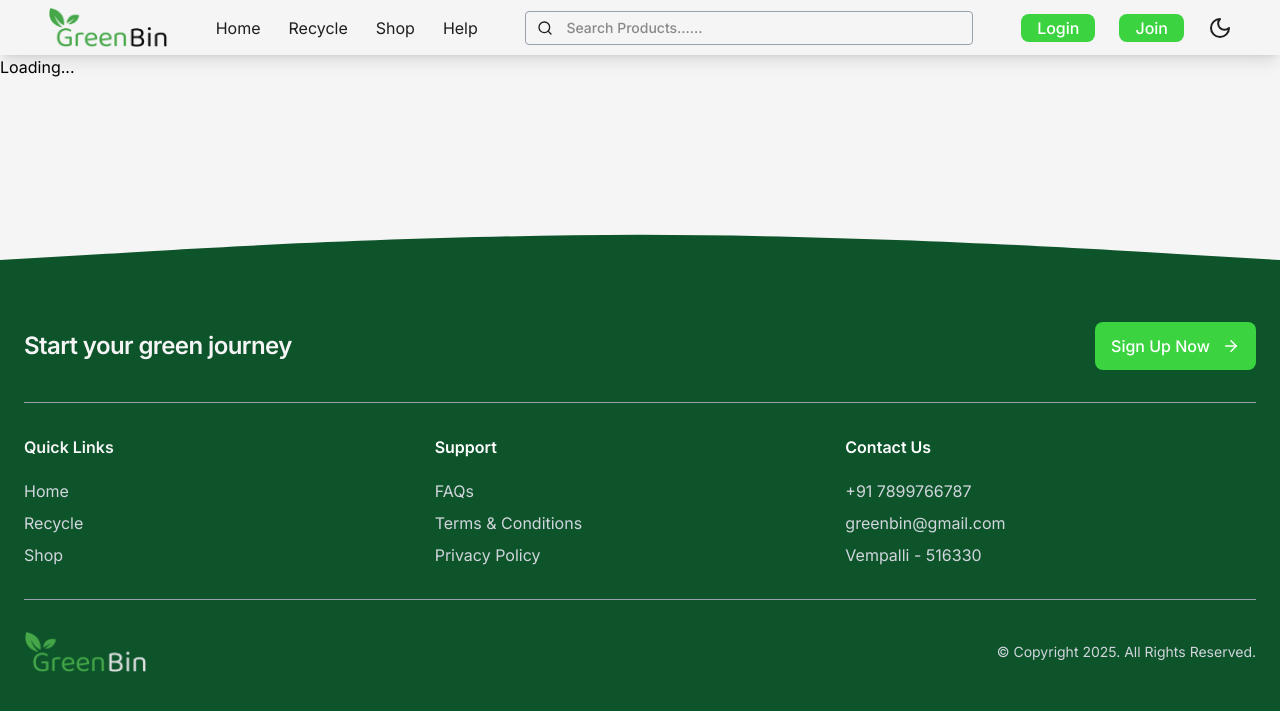
Repository: Siddhu123456/Plastic-Waste-Management
Page: /product/1 (app in frontend/)
These files come from the project's save history. The page is drawn as it stood at one moment and after the next save; the edit follows.
The browser window is 1280 px wide. The pictures show the whole page.
The page's requests for data from a server got no answer. The project was rebuilt for these pictures with package versions that can differ from the ones it lists, and the page was loaded fresh each time. No one was signed in, and anything a server would have sent is missing. Also part of the build but not shown: frontend/vite.config.js, frontend/src/components/ProductCard.jsx, frontend/src/components/TrendingProductsCarousel.jsx, frontend/src/pages/Home.jsx, frontend/src/components/FilterBar.jsx, frontend/src/pages/customer/Shop.jsx, frontend/src/pages/customer/Recycle.jsx, frontend/src/components/CartItemCard.jsx and 12 more. Imported but missing from the stored project, and not drawn on this page: frontend/src/pages/Help, frontend/src/pages/customer/WishList.

Above is the page before, as saved 2025-04-28 17:52:17.

### frontend/src/index.css
@import url('https://fonts.googleapis.com/css2?family=Fugaz+One&family=Montserrat:ital@0;1&display=swap');
@import url('https://fonts.googleapis.com/css2?family=Inter:ital,opsz,wght@0,14..32,100..900;1,14..32,100..900&display=swap');
@import "tailwindcss";


@custom-variant dark (&:where(.dark, .dark *));


@theme{
  --color-ow : #f5f5f5;
  --color-dbg : #000803;
  --color-dsc : #1e221f;
  --color-dtc : #313532;
  --color-lgg : #3bd440;
  --color-tc : #1e1e1e;
  --color-lgd : #2aa12e;
  --color-bl: #1D2A35;
  --color-lg-trans : rgba(69, 167, 72, 0.3);
}

@layer components {
  .pri-btn {
    @apply text-white cursor-pointer text-center rounded-lg bg-lgg hover:bg-lgd transition duration-300
  }
  .white-btn {
    @apply text-lgg cursor-pointer text-center rounded-2xl bg-ow transition duration-300
  }
  .trans-btn{
    @apply border text-center rounded-2xl cursor-pointer border-lgg text-lgg hover:bg-lgg hover:text-white transition
  }

  .white-trans-btn{
    @apply border text-center rounded-2xl cursor-pointer border-white text-white transition duration-300
  }
}

@layer utilities{
  .no-scrollbar::-webkit-scrollbar {
    display: none;
}
.no-scrollbar {
    -ms-overflow-style: none;
    scrollbar-width: none;
}
}

:root{
  font-family: "Inter", sans-serif;
  background-color: #f5f5f5;
  box-sizing: border-box;
  overflow-x: hidden;
}


input[type='range'] {
  pointer-events: all;
  height: 0;
}

input[type='range']::-webkit-slider-thumb {
  appearance: none;
  height: 16px;
  width: 16px;
  background: #22c55e;
  border-radius: 9999px;
  cursor: pointer;
  border: none;
}

input[type='range']::-moz-range-thumb {
  height: 16px;
  width: 16px;
  background: #22c55e;
  border-radius: 9999px;
  cursor: pointer;
  border: none;
}

### frontend/src/App.jsx
import AppRoutes from './routes/AppRoutes.jsx'


const App = () => (
    <AppRoutes />
)

export default App;

### frontend/src/routes/AppRoutes.jsx
import {BrowserRouter as Router, Routes, Route} from 'react-router-dom'

import Home from '../pages/Home'
import Help from '../pages/Help'
import Shop from '../pages/customer/Shop'
import Recycle from '../pages/customer/Recycle'
import Cart from '../pages/customer/Cart'
import WishList from '../pages/customer/WishList'
import ProductOverview from '../pages/customer/ProductOverview'
import ScrollToTop from './ScrollToTop'
import Layout from '../components/Layout'
import Wallet from '../pages/customer/Wallet'
import OrderHistory from '../pages/customer/OrderHistory'
import OrderSummary from '../pages/customer/OrderSummary'
import PickupHistory from '../pages/customer/PickupHistory'
import CustomerProfile from '../pages/customer/CustomerProfile'

const AppRoutes = () => {
  return (
    <Router>
      <Layout>
      <ScrollToTop />
        <Routes>
            <Route path='/' element={<Home />} />
            <Route path='/recycle' element={<Recycle />} />
            <Route path='/shop' element={<Shop />} />
            <Route path='/help' element={<Help />} />
            <Route path='/cart' element={<Cart />} />
            <Route path='/favorites' element={<WishList />} />
            <Route path='/wallet' element={<Wallet />} />
            <Route path='/product/:id' element={<ProductOverview />} />
            <Route path='/orders' element={<OrderHistory />} />
            <Route path='/orders/:id' element={<OrderSummary />} />
            <Route path='/pickups' element={<PickupHistory />} />
            <Route path='/cprofile' element={<CustomerProfile />} />
        </Routes>
        </Layout>
    </Router>
  )
}

export default AppRoutes

### frontend/src/pages/customer/ProductOverview.jsx
import React, { useState, useEffect } from "react";
import { FaRegStar, FaStar, FaStarHalfStroke } from "react-icons/fa6";
import { LuHeart } from "react-icons/lu";
import TrendingProductsCarousel from "../../components/TrendingProductsCarousel";
import Modal from "../../components/Modal";
import { PiCoinVerticalDuotone } from "react-icons/pi";
import { useParams } from "react-router-dom";
import products from "../../data/products"
import axios from "axios";

const ProductOverview = () => {
  const { id } = useParams();
  const [product, setProduct] = useState(null);
  const [liked, setLiked] = useState(false);
  const [openImage, setOpenImage] = useState(false);
  const [mainImage, setMainImage] = useState("");

  useEffect(() => {
    const fetchProduct = async () => {
      try {
        console.log(111)
        const response = await axios.get(`http://localhost:8080/api/product/${id}`);
        const fetchedProduct = response.data;
        console.log(response.data)
        setProduct(fetchedProduct);
        if (fetchedProduct.images && fetchedProduct.images.length > 0) {
          setMainImage(fetchedProduct.images[0].imageUrl);
        }
      } catch (error) {
        console.error("Error fetching product:", error);
      }
    };

    fetchProduct();
  }, [id]);

  if (!product) {
    return <div>Loading...</div>;
  }

  return (
    <>
      <section className="md:max-w-4xl lg:max-w-5xl mx-auto p-4 w-full">
        {/* Product Card */}
        <div className="bg-ow dark:bg-dsc p-0 sm:p-4">

          <div className="grid grid-cols-1 md:grid-cols-2 gap-8">
            {/* Image */}
            <div className="flex flex-col lg:flex-row gap-4 max-w-lg m-auto">
              <div className="lg:order-2">
              {mainImage && (
  <img
    src={mainImage}
    alt={product.name}
    onClick={() => setOpenImage(true)}
    className="w-full h-80 object-cover rounded-xl cursor-pointer"
  />
)}


<Modal open={openImage} onClose={() => setOpenImage(false)}>
  {mainImage && (
    <img
      src={mainImage}
      alt={product.name}
      className="w-full h-80 object-cover rounded-xl"
    />
  )}
</Modal>


              </div>

              <div className="flex lg:flex-col justify-center gap-4 lg:order-1">
                {product.images.map((img, idx) => (
                  <div key={idx} className="w-16 h-16 ">
                    <img
                      src={img.imageUrl}
                      alt={`thumb-${idx}`}
                      className={`w-full h-full object-cover rounded-md cursor-pointer ${
                        img.imageUrl === mainImage ? "ring-2 ring-lgg" : ""
                      }`}
                      onClick={() => setMainImage(img.imageUrl)}
                    />
                  </div>
                ))}
              </div>
            </div>

            {/* Details */}
            <div className="space-y-4 flex flex-col justify-between">
              <h2 className="text-2xl font-semibold text-tc dark:text-ow">{product.pName}</h2>
              <p className="text-sm text-gray-500 dark:text-gray-400">{product.category}</p>
              <p className="text-gray-700 dark:text-gray-300">{product.description}</p>

              {/* Price */}
              <div className="flex items-center gap-3">
                <span className="text-xl font-bold flex items-center text-lgg">
                  <PiCoinVerticalDuotone />{product.price}
                </span>
              </div>

              {/* Rating */}
              <div className="flex items-center">
                  <div className="flex text-lgg">
                  {[...Array(5)].map((_, i) => {
                              const diff = product.rating - i;

                              if (diff >= 1) {
                              return <FaStar key={i} />;
                              } else if (diff >= 0.5) {
                              return <FaStarHalfStroke key={i} />;
                              } else {
                              return <FaRegStar key={i} />;
                              }
                          })}
                  </div>

                <span className="ml-2 flex items-center gap-2 text-sm">
                  <div className="text-gray-700 dark:text-gray-300">{product.rating}</div>
                  <div className="text-gray-500 dark:text-gray-400">({product.ratedCount})</div>
                </span>
              </div>

              {/* Stock */}
              <p className="text-sm text-gray-600 dark:text-gray-400">
                Stock:{" "}
                <span
                  className={
                    product.stock > 0 ? "text-lgg" : "text-red-600 dark:text-red-400"
                  }
                >
                  {product.stock > 0
                    ? `${product.stock} available`
                    : "Out of stock"}
                </span>
              </p>

              {/* Button */}
              <div className="flex gap-4 items-center">
              <button
                  disabled={product.stock === 0}
                  className={`w-full py-2 px-4 font-semibold ${
                      product.stock === 0
                      ? "bg-gray-400 cursor-not-allowed rounded-lg"
                      : "pri-btn"
                  }`}
                  >
                  Add to Cart
                  </button>

              <button
                  onClick={() => setLiked(!liked)}
                  className={`px-4 py-2 rounded-lg text-lgg border-lgg border-1 transition cursor-pointer hover:bg-green-100 dark:hover:bg-green-900`}
                  title={`${liked ? "Remove from wishlist":"Add to wishlist"}`}
                  >
                  <LuHeart className={`${liked ? "fill-green-500" : "fill-ow dark:fill-dsc"} text-xl`} />
              </button>
              </div>

            </div>
          </div>
        </div>

{/* Features Section Outside Card */}
<div className="mt-6 bg-neutral-200 dark:bg-dtc p-4 rounded-lg">
  <h3 className="text-xl font-semibold mb-2 text-tc dark:text-ow">Product Features</h3>
  <ul className="grid grid-cols-1 sm:grid-cols-2 md:grid-cols-3 gap-y-2 text-gray-700 dark:text-gray-300">
    {product.features.map((feature) => (
      <li key={feature.fId}>
        <span className="font-semibold capitalize">{feature.featureName}:</span> {feature.featureValue}
      </li>
    ))}
  </ul>
</div>

      </section>


      {/* Similar Products */}
      <section className="mt-8 py-4 px-1 sm:px-4 xl:px-6 w-full bg-ow dark:bg-dsc">

          <div className="flex justify-between items-center mb-4 px-4 sm:mb-8">
            <h2 className="text-2xl font-semibold text-tc dark:text-ow">Similar <span className='text-lgg'>Products</span></h2>
          </div>
          <TrendingProductsCarousel products={products} />
      </section>
    </>
  );
};

export default ProductOverview;

### frontend/src/routes/ScrollToTop.jsx
import { useEffect } from "react";
import { useLocation } from "react-router-dom";

const ScrollToTop = () => {
    const {pathname} = useLocation()
    useEffect(() => {
        window.scrollTo(0,0)
    },[pathname])

    return null
}

export default ScrollToTop;

### frontend/src/components/Layout.jsx
// Layout.jsx
import React from "react"
import Footer from "./Footer";
import Navbar from "./Navbar"

const Layout = ({ children }) => {
  return (
    <div className="min-h-screen flex flex-col bg-ow dark:bg-dsc">
      <Navbar />

      <main className="flex-1">
        {children}
      </main>

      <Footer />
    </div>
  );
};

export default Layout;

### frontend/src/components/Footer.jsx
import React, { useState } from 'react'
import LogoGBW from '../assets/images/logoGBW.png'
import { Link } from 'react-router-dom'
import { LuArrowRight } from 'react-icons/lu'
import AuthModal from '../pages/auth/AuthModal'

const Footer = () => {
    const [isLogged, setIsLogged] = useState(false)
    const [authOpen, setAuthOpen] = useState(false)
    const [loginOpen, setLoginOpen] = useState(false)


  return (
    <footer className="bg-green-900 relative mt-16 bottom-0">
        <svg
            className="absolute top-0 w-full h-6 -mt-5 sm:-mt-10 sm:h-16 text-deep-purple-accent-400"
            preserveAspectRatio="none"
            viewBox="0 0 1440 54"
        >
            <path
            fill="#0d542b"
            d="M0 22L120 16.7C240 11 480 1.00001 720 0.700012C960 1.00001 1200 11 1320 16.7L1440 22V54H1320C1200 54 960 54 720 54C480 54 240 54 120 54H0V22Z"
            />
        </svg>

        <div className="container px-6 py-12 mx-auto">
            {!isLogged &&
                <>
                <div className="md:flex md:-mx-3 md:items-center md:justify-between">
                    <h1 className="text-xl font-semibold tracking-tight md:mx-3 xl:text-2xl text-ow">Start your green journey</h1>
                        <div className="mt-6 md:mx-3 shrink-0 md:mt-0 md:w-auto">
                            <button
                                className="inline-flex items-center justify-center font-medium w-full px-4 py-3  gap-x-3 pri-btn"
                                onClick={
                                    () => {
                                        setLoginOpen(false)
                                        setAuthOpen(true)
                                    }}
                            >
                                <span>Sign Up Now</span>
                                <LuArrowRight className='text-lg'/>
                            </button>
                        </div>
                </div>
                <hr className="my-6 border-gray-400 md:my-8"/>
                </>
            }

            <div className="grid grid-cols-2 gap-x-0 gap-y-6 sm:grid-cols-3">
                <div>
                    <p className="font-semibold text-ow">Quick Links</p>

                    <div className="flex flex-col items-start mt-5 space-y-2">
                        <Link to="/" className=" transition-colors duration-300 text-gray-300 hover:text-lgg">Home</Link>
                        <Link to="/recycle" className=" transition-colors duration-300 text-gray-300 hover:text-lgg">Recycle</Link>
                        <Link to="#" className=" transition-colors duration-300 text-gray-300 hover:text-lgg">Shop</Link>
                    </div>
                </div>

                <div>
                    <p className="font-semibold  text-white">Support</p>

                    <div className="flex flex-col items-start mt-5 space-y-2">
                        <Link to="#" className=" transition-colors duration-300 text-gray-300 hover:text-lgg">FAQs</Link>
                        <Link to="#" className=" transition-colors duration-300 text-gray-300 hover:text-lgg">Terms & Conditions</Link>
                        <Link to="#" className=" transition-colors duration-300 text-gray-300 hover:text-lgg">Privacy Policy</Link>
                    </div>
                </div>

                <div>
                    <p className="font-semibold  text-white">Contact Us</p>

                    <div className="flex flex-col items-start mt-5 space-y-2">
                        <Link to="#" className=" transition-colors duration-300 text-gray-300 hover:text-lgg">+91 7899766787</Link>
                        <Link to="#" className=" transition-colors duration-300 text-gray-300 hover:text-lgg">greenbin@gmail.com</Link>
                        <Link to="#" className=" transition-colors duration-300 text-gray-300 hover:text-lgg">Vempalli - 516330</Link>
                    </div>
                </div>
            </div>

            <hr className="my-6 border-gray-400 md:my-8 "/>

            <div className="flex flex-col items-center justify-between sm:flex-row">
                <Link to="#">
                    <img className="w-auto h-10" src={LogoGBW} alt=""/>
                </Link>

                <p className="mt-4 text-sm sm:mt-0 text-gray-300">© Copyright 2025. All Rights Reserved.</p>
            </div>
        </div>

        <AuthModal
        authOpen={authOpen}
        loginOpen={loginOpen}
        setLoginOpen={()=>setLoginOpen(prev => !prev)}
        onClose={() => setAuthOpen(prev => !prev)}
      />
    </footer>

  )
}

export default Footer

### frontend/src/pages/auth/AuthModal.jsx
import React, { useEffect, useState } from 'react'
import Modal from '../../components/Modal'
import ForgotPassword from './FogotPassword'
import Login from './Login'
import Signup from './Signup'

const AuthModal = ({authOpen, loginOpen, setLoginOpen, onClose, setIsLogged}) => {
      const [isPasswordForgot, setIsPasswordForgot] = useState(false)
      useEffect(() => {
        if (!authOpen) {
          setIsPasswordForgot(false)
        }
      }, [authOpen])
  return (
    <Modal
        open={authOpen}
        onClose={onClose}
    >
        {
            isPasswordForgot ? <ForgotPassword setIsPasswordForgot={setIsPasswordForgot} /> :
                loginOpen ? <Login setLoginOpen={setLoginOpen} onClose={onClose} setIsPasswordForgot={() => setIsPasswordForgot(prev => !prev)} setIsLogged={setIsLogged} /> :
                    <Signup setLoginOpen={setLoginOpen} setIsLogged={setIsLogged} onClose={onClose}/>
        }
    </Modal>
  )
}

export default AuthModal

### frontend/src/components/ThemeToggle.jsx
import { useEffect, useState } from "react";
import { LuMoon, LuSun, LuSunDim } from 'react-icons/lu';


const ThemeToggle = ({theme,setTheme}) => {
  useEffect(() => {
    if (theme === "dark") {
      document.documentElement.classList.add("dark");
    } else {
      document.documentElement.classList.remove("dark");
    }
    localStorage.setItem("theme", theme);
  }, [theme]);

  const toggleTheme = () => {
    setTheme(theme === "light" ? "dark" : "light");
  };

  return (
    <button
      onClick={toggleTheme}
      className="flex items-center justify-center cursor-pointer hover:text-lgg"
    >
      {theme === "light" ? <LuMoon className="text-2xl sm:text-xl md:text-2xl" /> : <LuSun className="text-2xl" />}
    </button>
  );
};

export default ThemeToggle;

Loaded but not shown: frontend/index.html (common file); frontend/src/main.jsx (common file); frontend/src/data/products.js (116 lines, source omitted); frontend/src/components/Navbar.jsx (439 lines, source omitted)

After the next save:
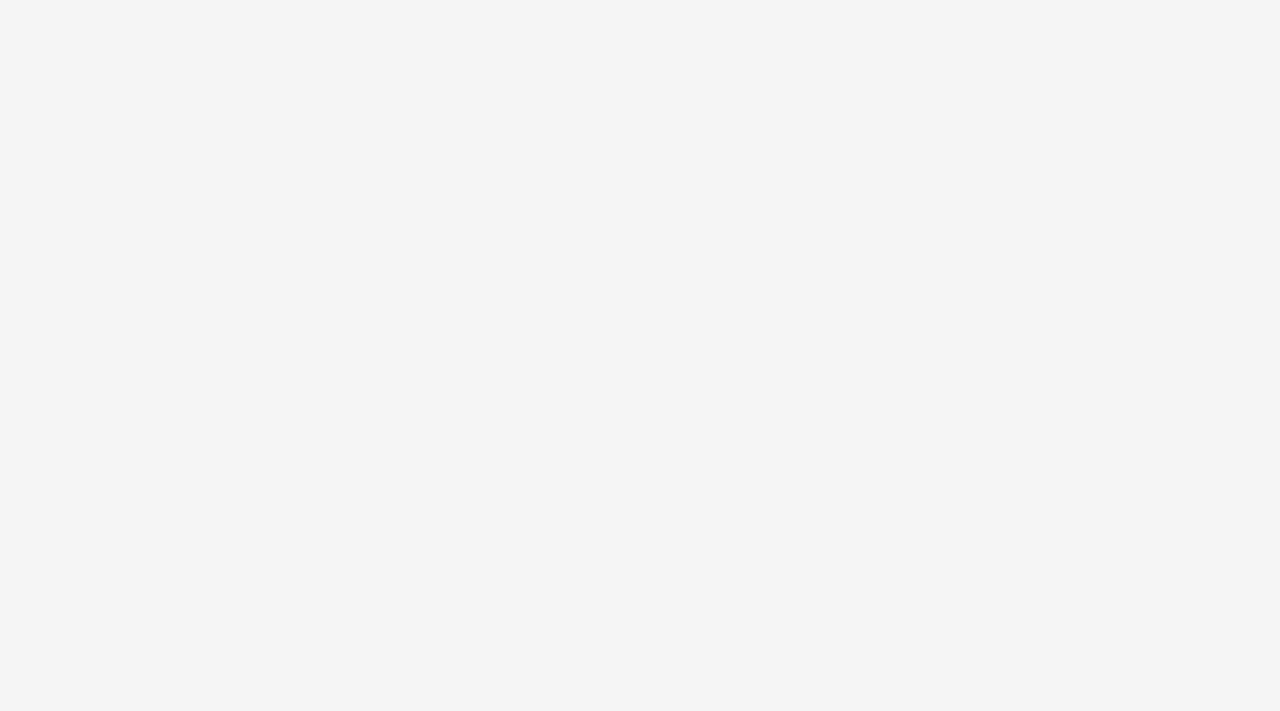
Console error: TypeError: Cannot read properties of null (reading 'images')
Saved 74 s later.
--- a/frontend/src/pages/customer/ProductOverview.jsx
+++ b/frontend/src/pages/customer/ProductOverview.jsx
@@ -14,14 +14,14 @@
   const [liked, setLiked] = useState(false);
   const [openImage, setOpenImage] = useState(false);
   const [mainImage, setMainImage] = useState("");
+  const [isLoading, setIsLoading] = useState(false)
 
   useEffect(() => {
     const fetchProduct = async () => {
       try {
-        console.log(111)
+        setIsLoading(true)
         const response = await axios.get(`http://localhost:8080/api/product/${id}`);
         const fetchedProduct = response.data;
-        console.log(response.data)
         setProduct(fetchedProduct);
         if (fetchedProduct.images && fetchedProduct.images.length > 0) {
           setMainImage(fetchedProduct.images[0].imageUrl);
@@ -34,7 +34,7 @@
     fetchProduct();
   }, [id]);
 
-  if (!product) {
+  if (isLoading) {
     return <div>Loading...</div>;
   }
 

After the save that followed:
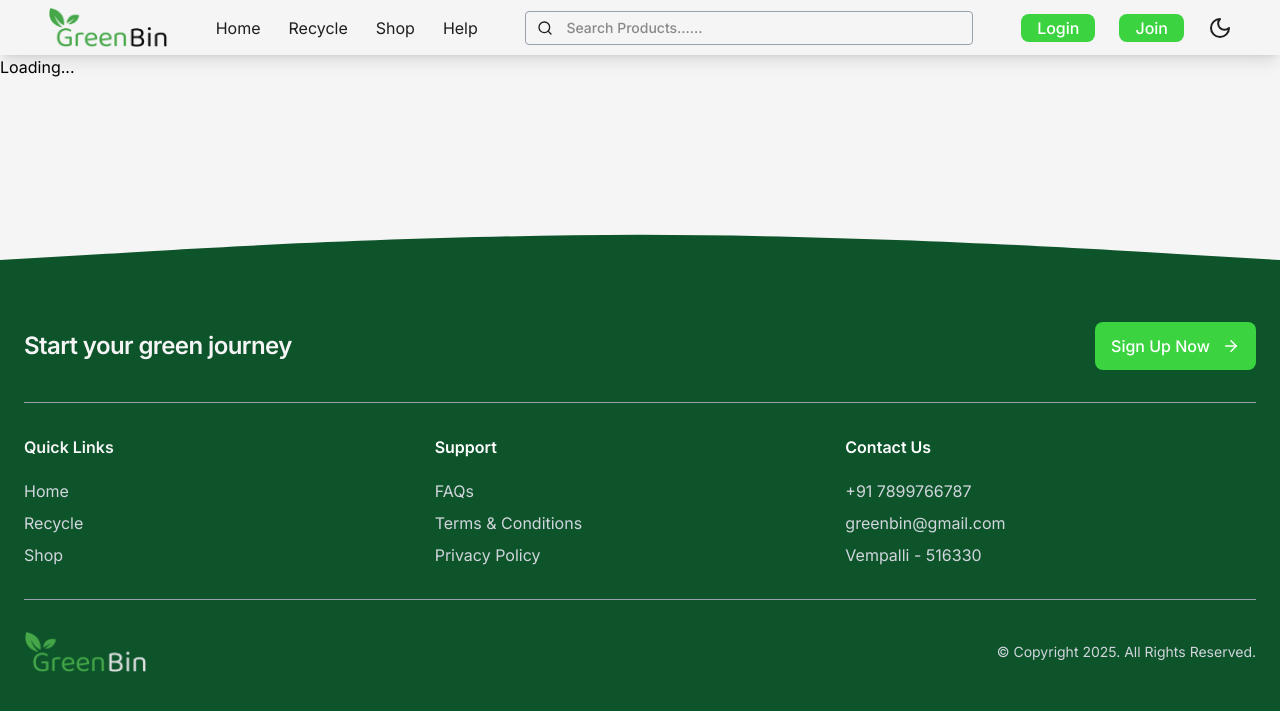
The error is gone.
Saved 2 min 56 s later.
--- a/frontend/src/pages/customer/ProductOverview.jsx
+++ b/frontend/src/pages/customer/ProductOverview.jsx
@@ -37,6 +37,9 @@
   if (isLoading) {
     return <div>Loading...</div>;
   }
+  if(!product) {
+    return <div>No Product Found</div>
+  }
 
   return (
     <>
@@ -49,28 +52,26 @@
             <div className="flex flex-col lg:flex-row gap-4 max-w-lg m-auto">
               <div className="lg:order-2">
               {mainImage && (
-  <img
-    src={mainImage}
-    alt={product.name}
-    onClick={() => setOpenImage(true)}
-    className="w-full h-80 object-cover rounded-xl cursor-pointer"
-  />
-)}
+                <img
+                  src={mainImage}
+                  alt={product.name}
+                  onClick={() => setOpenImage(true)}
+                  className="w-full h-80 object-cover rounded-xl cursor-pointer"
+                />
+              )}
 
 
-<Modal open={openImage} onClose={() => setOpenImage(false)}>
-  {mainImage && (
-    <img
-      src={mainImage}
-      alt={product.name}
-      className="w-full h-80 object-cover rounded-xl"
-    />
-  )}
-</Modal>
-
+            <Modal open={openImage} onClose={() => setOpenImage(false)}>
+              {mainImage && (
+                <img
+                  src={mainImage}
+                  alt={product.name}
+                  className="w-full h-80 object-cover rounded-xl"
+                />
+              )}
+            </Modal>
 
               </div>
-
               <div className="flex lg:flex-col justify-center gap-4 lg:order-1">
                 {product.images.map((img, idx) => (
                   <div key={idx} className="w-16 h-16 ">
